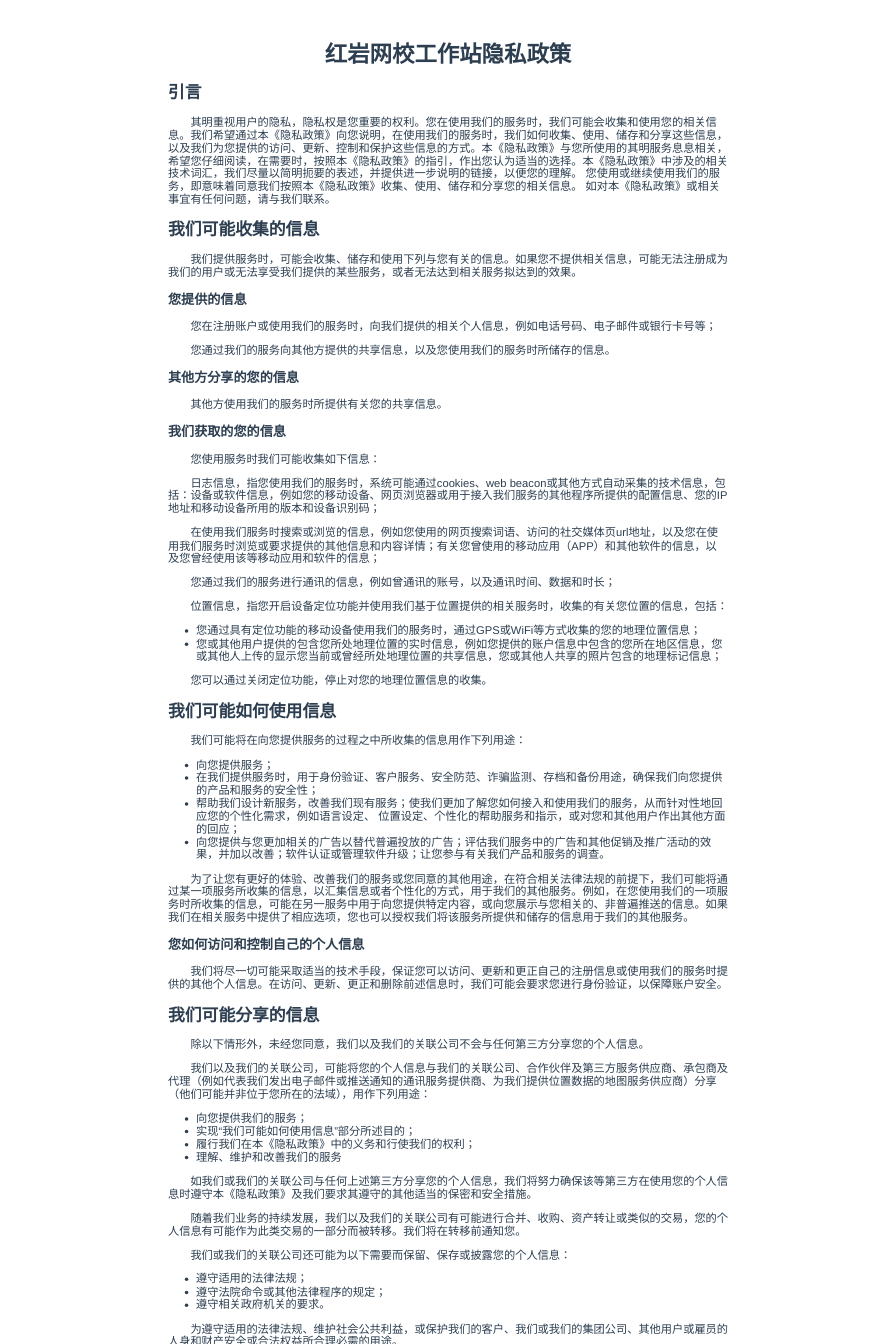
Repository: zl-mdc/privacy-policy
Page: /
The author's editor kept a copy of each file at every save. The page is drawn from the files as they stood at one save, then again after the next save.
The browser window is 1280 px wide. The pictures show the part of the page from y = 0 to 1920 px (the page is 3699 px tall before and 4181 px after), at 70% of full size.
The project was rebuilt for these pictures with package versions that can differ from the ones it lists, and the page was loaded fresh each time.

Above is the page before, as saved 2020-09-17 16:18:21.

After the next save:
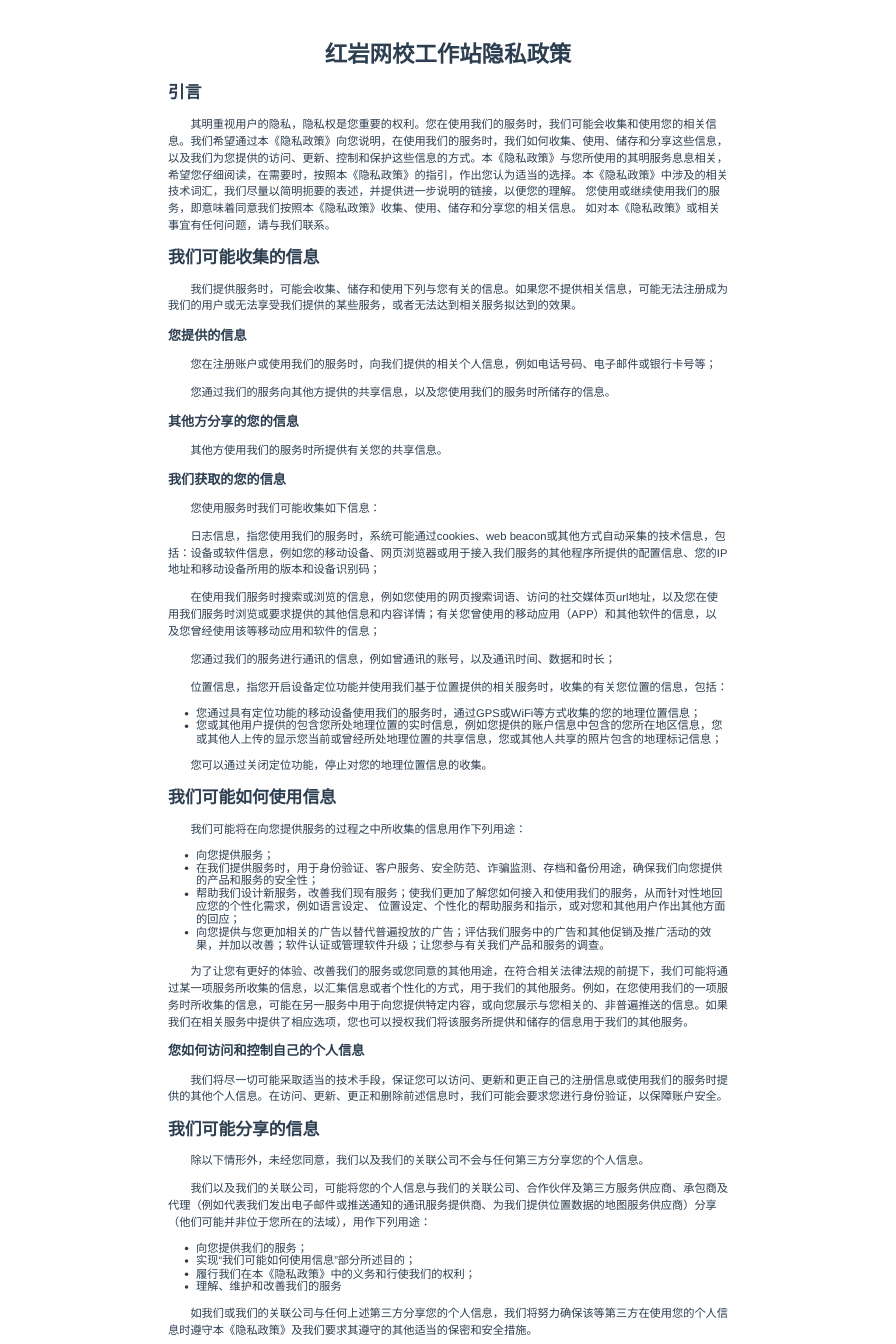
Saved 14 s later.
--- a/src/components/Info.vue
+++ b/src/components/Info.vue
@@ -1,7 +1,7 @@
 <!--
  * @Author: Code_Master
  * @Date: 2020-09-17 15:00:51
- * @LastEditTime: 2020-09-17 16:18:20
+ * @LastEditTime: 2020-09-17 16:18:35
  * @LastEditors: Code_Master
  * @FilePath: /privacy-policy/src/components/Info.vue
  * @Description: The first 90% of the code accounts for the first 90% of the development time. The remaining 10% of the code accounts for the other 90% of the development time.
@@ -125,5 +125,6 @@ export default {
     }
     p {
         text-indent:2em;
+        line-height: 1.5;
     }
 </style>
